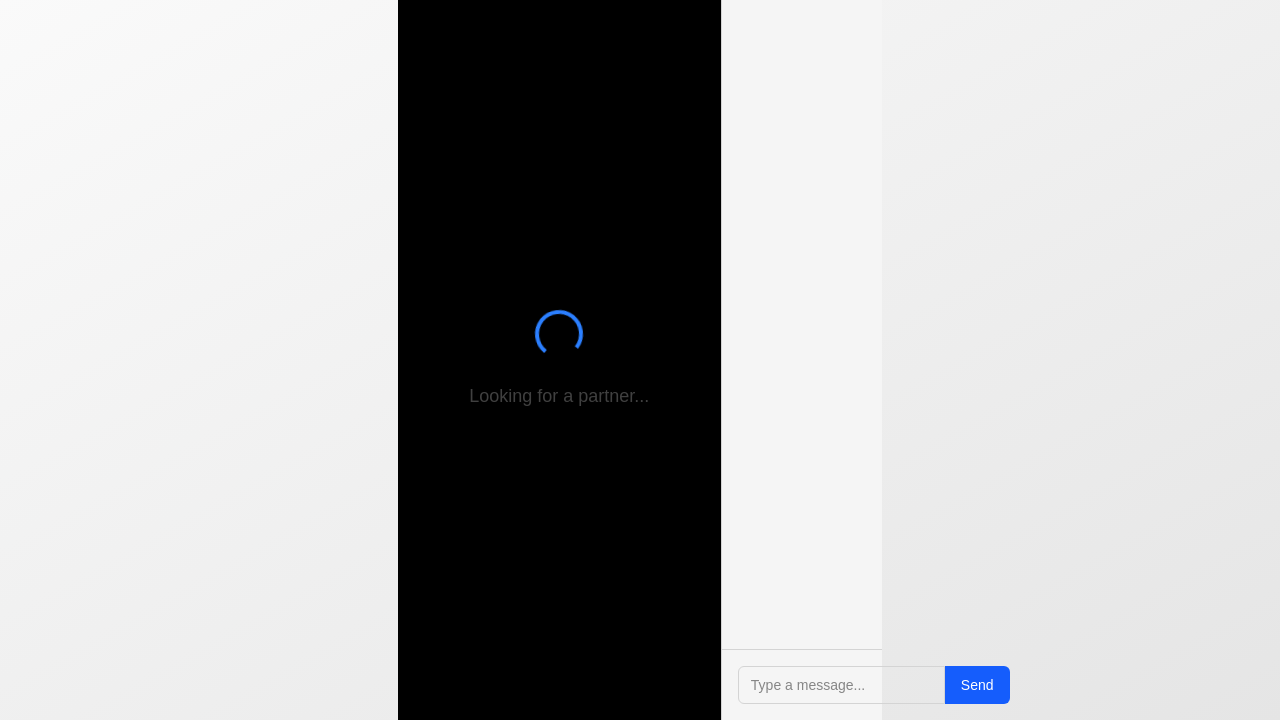
Repository: akanksha653/connectify
Page: /anonymous
An editor plug-in stored every save of this project. The page is shown before and after the next save, followed by the edit.
The browser window is 1280 px wide. The pictures show the whole page.
The page's requests for data from a server got no answer. The project was rebuilt for these pictures with package versions that can differ from the ones it lists, and the page was loaded fresh each time. The framework's server and built-in components were replaced by stand-ins that run in the browser. No one was signed in, and anything a server would have sent is missing. Also part of the build but not shown: next.config.ts, components/video/LocalVideo.tsx, components/video/RemoteVideo.tsx, components/chat/Message.tsx.

Above is the page before, as saved 2025-07-11 23:32:46.

### src/app/anonymous/page.tsx
"use client";

import React from "react";
// Update the import path below to the correct relative path if needed
import AnonymousChatRoom from "../../../features/anonymousChat/components/AnonymousChatRoom";

export default function AnonymousPage() {
  return (
    <main className="flex min-h-screen flex-col items-center justify-center bg-gradient-to-br from-neutral-50 to-neutral-200 dark:from-neutral-900 dark:to-neutral-800 px-4">
      <AnonymousChatRoom />
    </main>
  );
}

### features/anonymousChat/components/AnonymousChatRoom.tsx
"use client";

import React, { useEffect, useState } from "react";
import { v4 as uuidv4 } from "uuid";
import useWebRTC from "../hooks/useWebRTC";
import useSocket from "../hooks/useSocket";
import LocalVideo from "../../../components/video/LocalVideo";
import RemoteVideo from "../../../components/video/RemoteVideo";
import ChatBox from "../../../components/chat/ChatBox";
import FindingPartner from "./FindingPartner";

export default function AnonymousChatRoom() {
  const [roomId, setRoomId] = useState<string | null>(null);
  const socket = useSocket();
  const { localStream, remoteStream } = useWebRTC(roomId ?? "");
  const [loading, setLoading] = useState(true);

  useEffect(() => {
    if (!socket) return;

    // ✅ Generate and set roomId only after socket is connected
    const newRoomId = uuidv4();
    setRoomId(newRoomId);

    // ✅ Join room via socket after generating roomId
    socket.emit("join-room", newRoomId);
    console.log("🔗 Joined room:", newRoomId);

    return () => {
      socket.emit("leave-room", newRoomId); // Optional: implement leave-room on server
    };
  }, [socket]);

  useEffect(() => {
    if (remoteStream) {
      setLoading(false);
    }
  }, [remoteStream]);

  return (
    <div className="flex flex-col md:flex-row h-screen">
      {/* Video section */}
      <div className="flex-1 bg-black flex items-center justify-center relative">
        {loading ? (
          <FindingPartner />
        ) : (
          <>
            <div className="absolute bottom-4 right-4 w-40 h-40 border-2 border-white rounded-md overflow-hidden">
              <LocalVideo stream={localStream} />
            </div>
            <RemoteVideo stream={remoteStream} />
          </>
        )}
      </div>

      {/* Chat section */}
      <div className="md:w-1/3 bg-neutral-100 dark:bg-neutral-800 border-l border-neutral-300 dark:border-neutral-700 flex flex-col">
        {roomId && <ChatBox socket={socket} roomId={roomId} />}
      </div>
    </div>
  );
}

### features/anonymousChat/hooks/useWebRTC.ts
// features/anonymousChat/hooks/useWebRTC.ts

import { useEffect, useRef, useState } from "react";
import { io, Socket } from "socket.io-client";

const SOCKET_URL = process.env.NEXT_PUBLIC_SOCKET_URL;

export default function useWebRTC(roomId: string) {
  const [remoteStream, setRemoteStream] = useState<MediaStream | null>(null);
  const [localStream, setLocalStream] = useState<MediaStream | null>(null);
  const peerConnectionRef = useRef<RTCPeerConnection | null>(null);
  const socketRef = useRef<Socket | null>(null);

  const iceServers = {
    iceServers: [
      { urls: "stun:stun.l.google.com:19302" },
      { urls: "stun:stun1.l.google.com:19302" },
    ],
  };

  useEffect(() => {
    const init = async () => {
      if (!SOCKET_URL) {
        console.error("❌ NEXT_PUBLIC_SOCKET_URL is not defined");
        return;
      }

      try {
        // Connect to signaling server
        socketRef.current = io(SOCKET_URL, {
          transports: ["websocket"],
        });

        // Get local media stream
        const stream = await navigator.mediaDevices.getUserMedia({ video: true, audio: true });
        setLocalStream(stream);

        // Join room
        socketRef.current.emit("join-room", roomId);

        // Create peer connection
        peerConnectionRef.current = new RTCPeerConnection(iceServers);

        // Add local tracks to peer connection
        stream.getTracks().forEach((track) => {
          peerConnectionRef.current?.addTrack(track, stream);
        });

        // Handle remote stream
        peerConnectionRef.current.ontrack = (event) => {
          setRemoteStream(event.streams[0]);
        };

        // Handle ICE candidates generated locally
        peerConnectionRef.current.onicecandidate = (event) => {
          if (event.candidate) {
            socketRef.current?.emit("ice-candidate", { candidate: event.candidate, roomId });
          }
        };

        // Listen for offer
        socketRef.current.on("offer", async ({ offer }) => {
          await peerConnectionRef.current?.setRemoteDescription(new RTCSessionDescription(offer));
          const answer = await peerConnectionRef.current?.createAnswer();
          await peerConnectionRef.current?.setLocalDescription(answer);
          socketRef.current?.emit("answer", { answer, roomId });
        });

        // Listen for answer
        socketRef.current.on("answer", async ({ answer }) => {
          await peerConnectionRef.current?.setRemoteDescription(new RTCSessionDescription(answer));
        });

        // Listen for ICE candidates from remote peer
        socketRef.current.on("ice-candidate", async ({ candidate }) => {
          try {
            await peerConnectionRef.current?.addIceCandidate(new RTCIceCandidate(candidate));
          } catch (error) {
            console.error("Error adding received ice candidate", error);
          }
        });

        // If a user joins, create an offer
        socketRef.current.on("user-joined", async () => {
          const offer = await peerConnectionRef.current?.createOffer();
          await peerConnectionRef.current?.setLocalDescription(offer);
          socketRef.current?.emit("offer", { offer, roomId });
        });
      } catch (error) {
        console.error("❌ Failed to initialize WebRTC:", error);
      }
    };

    init();

    return () => {
      // Cleanup
      peerConnectionRef.current?.close();
      localStream?.getTracks().forEach((track) => track.stop());
      socketRef.current?.disconnect();
    };
  }, [roomId]);

  return { localStream, remoteStream };
}

### features/anonymousChat/hooks/useSocket.ts
// features/anonymousChat/hooks/useSocket.ts

import { useEffect, useRef, useState } from "react";
import { io, Socket } from "socket.io-client";

const SOCKET_URL = process.env.NEXT_PUBLIC_SOCKET_URL;

export default function useSocket(): Socket | null {
  const [socket, setSocket] = useState<Socket | null>(null);

  useEffect(() => {
    if (!SOCKET_URL) {
      console.error("❌ NEXT_PUBLIC_SOCKET_URL is not defined");
      return;
    }

    const newSocket = io(SOCKET_URL, {
      transports: ["websocket"],
      reconnectionAttempts: 3,
      reconnectionDelay: 1000,
    });

    setSocket(newSocket);

    newSocket.on("connect", () => {
      console.log("✅ Connected to socket server:", newSocket.id);
    });

    newSocket.on("disconnect", () => {
      console.log("❌ Disconnected from socket server");
    });

    return () => {
      newSocket.disconnect();
    };
  }, []);

  return socket;
}

### components/chat/ChatBox.tsx
"use client";

import React, { useState, useEffect, useRef } from "react";
import { v4 as uuidv4 } from "uuid";
import Message from "./Message";

interface ChatBoxProps {
  socket: any;
  roomId: string;
}

interface ChatMessage {
  id: string;
  content: string;
  sender: "me" | "partner";
}

export default function ChatBox({ socket, roomId }: ChatBoxProps) {
  const [messages, setMessages] = useState<ChatMessage[]>([]);
  const [input, setInput] = useState("");
  const messagesEndRef = useRef<HTMLDivElement>(null);

  useEffect(() => {
    if (!socket) return;

    // Listen for incoming messages
    const handleReceiveMessage = ({ message, sender }: { message: string; sender: string }) => {
      setMessages((prev) => [
        ...prev,
        { id: uuidv4(), content: message, sender: sender === socket.id ? "me" : "partner" },
      ]);
    };

    socket.on("receive-message", handleReceiveMessage);

    return () => {
      socket.off("receive-message", handleReceiveMessage);
    };
  }, [socket]);

  const sendMessage = () => {
    if (!input.trim()) return;

    // Emit using correct event name with UUID for reference
    socket.emit("send-message", { roomId, message: input });

    // Add to local state immediately
    setMessages((prev) => [
      ...prev,
      { id: uuidv4(), content: input, sender: "me" },
    ]);
    setInput("");
  };

  useEffect(() => {
    messagesEndRef.current?.scrollIntoView({ behavior: "smooth" });
  }, [messages]);

  return (
    <div className="flex flex-col h-full">
      <div className="flex-1 overflow-y-auto p-4 space-y-2">
        {messages.map((msg) => (
          <Message key={msg.id} content={msg.content} sender={msg.sender} />
        ))}
        <div ref={messagesEndRef} />
      </div>

      <div className="p-4 border-t border-neutral-300 dark:border-neutral-700 flex">
        <input
          type="text"
          className="flex-1 rounded-l-md px-3 py-2 text-sm focus:outline-none border border-neutral-300 dark:border-neutral-700 dark:bg-neutral-800"
          value={input}
          onChange={(e) => setInput(e.target.value)}
          placeholder="Type a message..."
          onKeyDown={(e) => {
            if (e.key === "Enter") sendMessage();
          }}
        />
        <button
          onClick={sendMessage}
          className="bg-blue-600 hover:bg-blue-700 text-white px-4 py-2 rounded-r-md text-sm transition"
        >
          Send
        </button>
      </div>
    </div>
  );
}

### features/anonymousChat/components/FindingPartner.tsx
"use client";

import React from "react";

export default function FindingPartner() {
  return (
    <div className="flex flex-col items-center justify-center h-full py-20">
      <div className="w-12 h-12 border-4 border-blue-500 border-t-transparent rounded-full animate-spin mb-6"></div>
      <p className="text-neutral-700 dark:text-neutral-300 text-lg">
        Looking for a partner...
      </p>
    </div>
  );
}

Loaded but not shown: src/app/layout.tsx (common file); src/app/globals.css (common file)

After the next save:
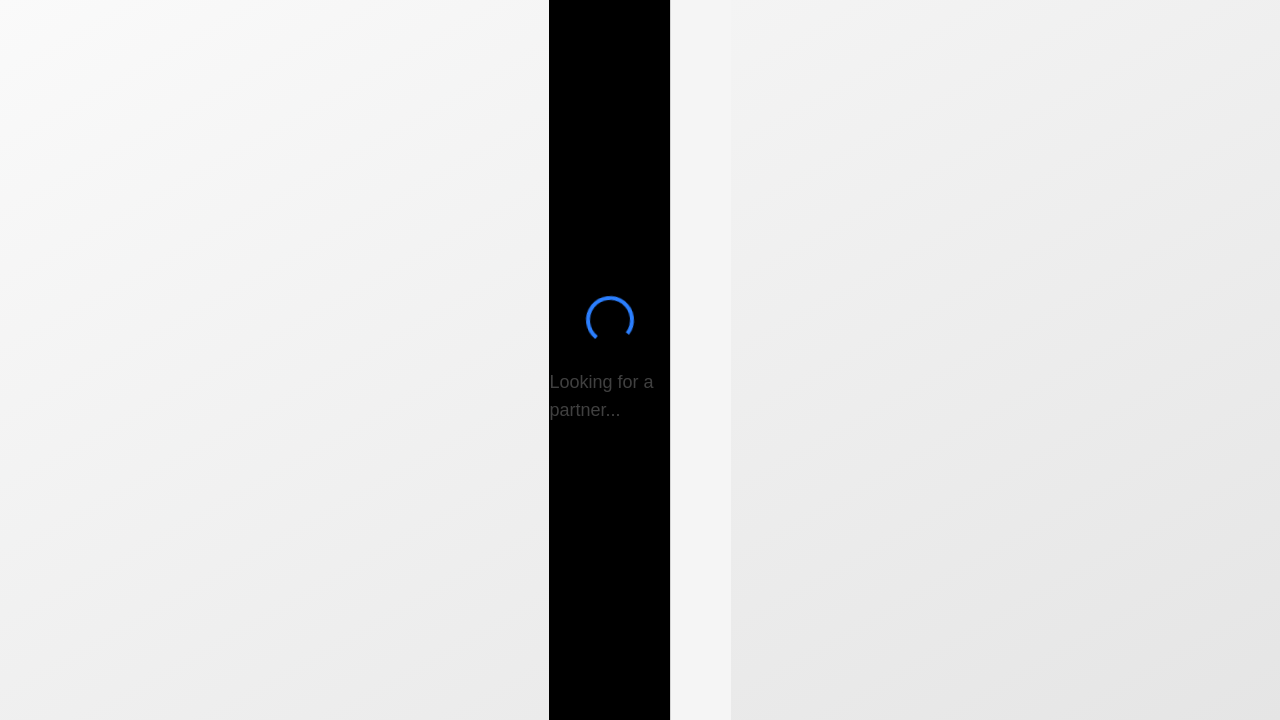
Saved 3 min 17 s later.
--- a/features/anonymousChat/components/AnonymousChatRoom.tsx
+++ b/features/anonymousChat/components/AnonymousChatRoom.tsx
@@ -1,7 +1,6 @@
 "use client";
 
 import React, { useEffect, useState } from "react";
-import { v4 as uuidv4 } from "uuid";
 import useWebRTC from "../hooks/useWebRTC";
 import useSocket from "../hooks/useSocket";
 import LocalVideo from "../../../components/video/LocalVideo";
@@ -15,27 +14,39 @@ export default function AnonymousChatRoom() {
   const { localStream, remoteStream } = useWebRTC(roomId ?? "");
   const [loading, setLoading] = useState(true);
 
+  // ✅ Handle 'matched' event from server to join room
   useEffect(() => {
     if (!socket) return;
 
-    // ✅ Generate and set roomId only after socket is connected
-    const newRoomId = uuidv4();
-    setRoomId(newRoomId);
+    const handleMatched = ({ roomId, partnerId }: { roomId: string; partnerId: string }) => {
+      console.log("🎉 Matched in room:", roomId);
+      setRoomId(roomId);
+      socket.emit("join-room", roomId);
+    };
 
-    // ✅ Join room via socket after generating roomId
-    socket.emit("join-room", newRoomId);
-    console.log("🔗 Joined room:", newRoomId);
+    socket.on("matched", handleMatched);
 
     return () => {
-      socket.emit("leave-room", newRoomId); // Optional: implement leave-room on server
+      socket.off("matched", handleMatched);
     };
   }, [socket]);
 
+  // ✅ Update loading state based on remoteStream availability
   useEffect(() => {
     if (remoteStream) {
       setLoading(false);
     }
   }, [remoteStream]);
+
+  // ✅ Optional: implement leave-room on unmount
+  useEffect(() => {
+    return () => {
+      if (socket && roomId) {
+        socket.emit("leave-room", roomId);
+        console.log("👋 Left room:", roomId);
+      }
+    };
+  }, [socket, roomId]);
 
   return (
     <div className="flex flex-col md:flex-row h-screen">
